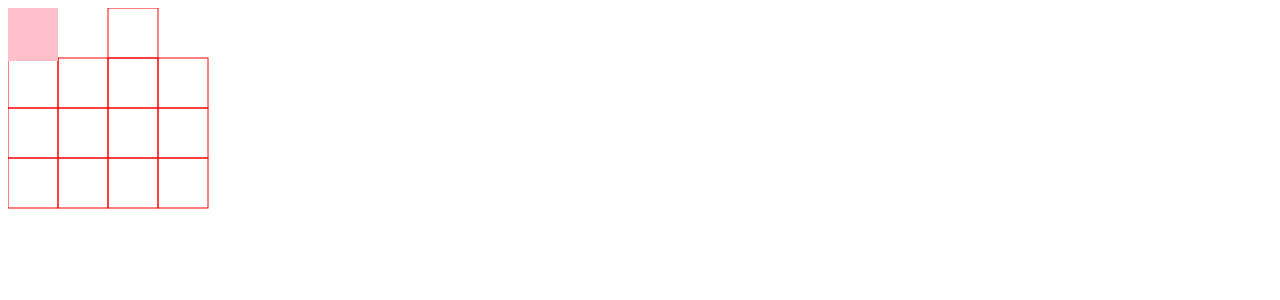
Repository: JIHYEONHE/doit
Page: FAST_ZZANG/static/canvas3.html
The author's editor kept a copy of each file at every save. The page is drawn from the files as they stood at one save, then again after the next save.
The browser window is 1280 px wide. The pictures show the whole page.

Above is the page before, as saved 2022-10-18 01:34:47.

### FAST_ZZANG/static/canvas3.html
<!DOCTYPE html>
<html>
<head>
<meta charset="UTF-8">
<title>Insert title here</title>
<script type="text/javascript">
var cvr2D = [
	   [1,0,1,0],
	   [1,1,1,0],
	   [0,0,0,1],
	   [1,1,0,0]
	];

function myinit(){
    const c = document.getElementById('mycan');
    // 2. 2d모드의 그리기 객체를 취득한다. => 이 객체를 통해 canvas에 그림을 그릴 수 있다.
    const ctx = c.getContext("2d");

    for(var i=0; i<4; i++){ //i는 y
		for(var j=0; j<4; j++){
		    if(cvr2D[i][j]==1&&j==0){
			    ctx.fillStyle = 'pink';
			    ctx.fillRect(j*50,i, 50, 50);
		    }else{
		        ctx.strokeStyle = 'red';
		        ctx.strokeRect(i*50, j*50, 50, 50);

		    }
		}
	}


}

</script>
</head>
<body onload="myinit()">

<canvas id="mycan" width="400px" height="400px">

</canvas>

</body>
</html>

After the next save:
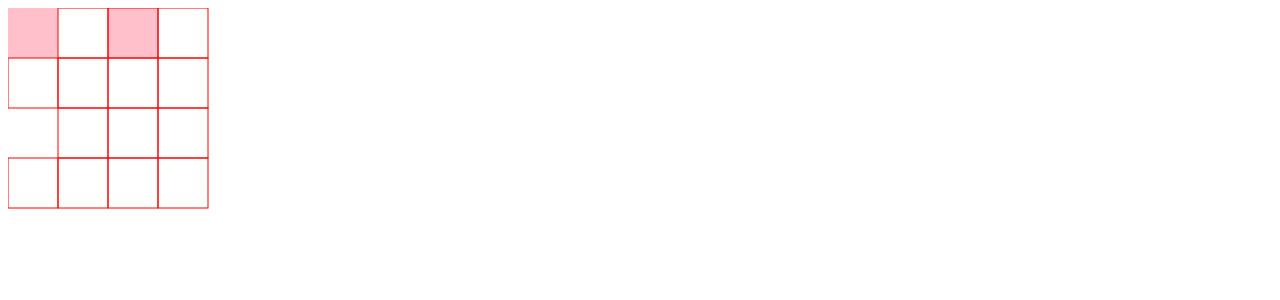
Saved 3 s later.
--- a/FAST_ZZANG/static/canvas3.html
+++ b/FAST_ZZANG/static/canvas3.html
@@ -18,7 +18,7 @@
 
     for(var i=0; i<4; i++){ //i는 y
 		for(var j=0; j<4; j++){
-		    if(cvr2D[i][j]==1&&j==0){
+		    if(cvr2D[i][j]==1&&i==0){
 			    ctx.fillStyle = 'pink';
 			    ctx.fillRect(j*50,i, 50, 50);
 		    }else{
